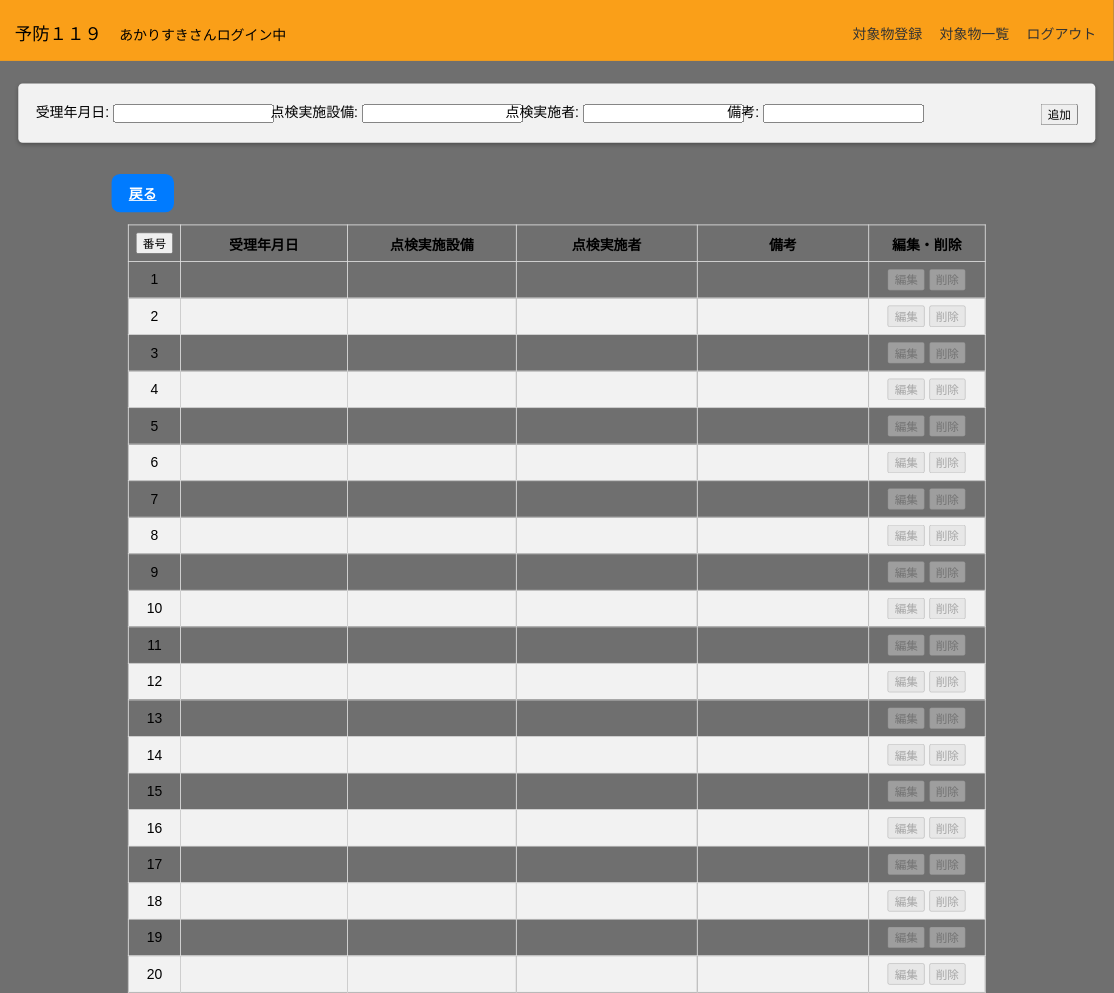
Repository: akarisuki/docker-taishobutu_app
Page: http://localhost/taishobutu_app/taishobutu/datail/fire_equipment_report/fire_equipment_report_datail.php
These files come from the project's save history. The page is drawn as it stood at one moment and after the next save; the edit follows.
The browser window is 1280 px wide. The pictures show the whole page, at 87% of full size.
The page is run by PHP 8.4 with error messages shown; the project is at /var/www/html/. The session is filled in as if someone had signed in: {"login": 1, "id": 35, "name": "あかりすき", "fire_dept_code": 1}. Other server files are loaded and not shown. Style sheets and scripts are compiled from the project's sources, by tool versions that may differ from the author's. The database holds what the project's SQL file puts in it.

Above is the page before, as saved 2024-02-03 10:06:50.

### src/taishobutu_app/taishobutu/datail/fire_equipment_report/fire_equipment_report_datail.php
<?php
session_start();
session_regenerate_id(true);
$isLoggedIn = isset($_SESSION['name']);  // 例: $_SESSION['name'] にユーザーIDが保存されている場合をログイン済みとみなす
require_once '../../../common/config.php';
include("../../../common/header.php");
require_once '../../../common/db_operation/db_connect.php';
require_once '../../../common/function.php';


$_SESSION['flash'] = $_SESSION['flash'] ?? null;

$code = isset($_POST['code']) ? $_POST['code'] : (isset($_GET['code']) ? $_GET['code'] : (isset($_SESSION['code']) ? $_SESSION['code'] : ''));
$sql = "SELECT * FROM fire_equipment_report WHERE code = :code ORDER BY fire_equipment_report_code ASC";
$stmt = $db_host->prepare($sql);
$stmt->bindValue(':code', $code, PDO::PARAM_INT);

$stmt->execute();
$results = $stmt->fetchAll(PDO::FETCH_ASSOC);

$sql2 = "SELECT fire_equipment_report_code FROM fire_equipment_report WHERE code = :code ORDER BY fire_equipment_report_code DESC LIMIT 1";
$stmt2 = $db_host->prepare($sql2);
$stmt2->bindValue(':code', $code, PDO::PARAM_INT);
$stmt2->execute();
$last_code_row = $stmt2->fetch(PDO::FETCH_ASSOC);
$last_fire_equipment_report_code = isset($last_code_row['fire_equipment_report_code']) ? $last_code_row['fire_equipment_report_code'] : 0;


?>



<!DOCTYPE html>
<html lang="ja">
<head>
    <meta charset="UTF-8">
    <meta name="viewport"
          content="width=device-width,initial-scale=1.0,
          maximum-scale=1.0, minimum-scale=1.0">
    <meta http-equiv="X-UA-Compatible" content="ie=edge">
    <link rel="stylesheet" href="../../../common/sass/taishobutu/datail/fire_equipment_report/fire_equipment_report_datail.css">
    <link rel="stylesheet" href="../../../common/sass/common/header.css">

    <!-- Bootstrap CSS -->

    <title>予防１１９</title>


</head>

<body>
  <div class="taishobutu_show_datail_button">
      <form id="form11" action="../taishobutu_show_datail.php" method="post">
          <input type="hidden" name="code" value="<?php echo $code; ?>">
          <a href="#" onclick="document.getElementById('form11').submit();" class="button" id="taishobutu_show_datail_button">戻る</a>
      </form>
  </div>


  <?php
      // セッション変数からメッセージを取得し、表示
      if (isset($_SESSION['flash'])) {
        $flash = $_SESSION['flash'];
        echo  "<div id='flashMessage' class='alert alert-{$flash['type']}'>{$flash['message']}</div>";
        $_SESSION['flash'] = null;
      }
      ?>

      <div class="table-container js-scrollable">
          <table>
              <thead>
                <tr>
                  <th class="code_area"><button id="toggle-table-view">番号</th>
                  <th class="one_area">受理年月日</th>
                  <th class="two_area">点検実施設備</th>
                  <th class="hide-on-mobile" id="three_area">点検実施者</th>
                  <th class="hide-on-mobile" id="four_area">備考</th>
                  <th class="five_area">編集・削除</th>
                </tr>
              </thead>
              <tbody id="tableBody">
                <?php $i = 1; ?>
                <?php foreach ($results as $row): ?>
                  <tr>
                    <td class="code_area"><?php echo $i; ?></td>
                    <td class="one_area"><span class="display-value"><?php echo isset($row['report_date']) ? $row['report_date'] : ''; ?></span></td>
                    <td class="two_area"><span class="display-value"><?php echo isset($row['deficiency']) ? $row['deficiency'] : ''; ?></span></td>
                    <td class="hide-on-mobile" id="three_area"><span class="display-value"><?php echo isset($row['inspector']) ? $row['inspector'] : ''; ?></span></td>
                    <td class="hide-on-mobile" id="four_area"><span class="display-value"><?php echo isset($row['remarks']) ? $row['remarks'] : ''; ?></span></td>
                    <td class="five_area">
                      <button class="edit-btn" data-id="<?php echo $row['fire_equipment_report_code']; ?>" <?php echo empty($row['report_date']) ? 'disabled' : ''; ?>>編集</button>
                      <button class="delete-btn" data-id="<?php echo $row['fire_equipment_report_code']; ?>" <?php echo empty($row['report_date']) ? 'disabled' : ''; ?>>削除</button>
                    </td>
                  </tr>
                  <?php $i++; ?>
                <?php endforeach; ?>
                <?php while ($i <= 20): ?>
                  <tr>
                    <td class="code_area"><?php echo $i++; ?></td>
                    <td class="one_area"><span class="display-value"></span></td>
                    <td class="two_area"><span class="display-value"></span></td>
                    <td class="hide-on-mobile" id="three_area"><span class="display-value"></span></td>
                    <td class="hide-on-mobile" id="four_area"><span class="display-value"></span></td>
                    <td class="five_area">
                      <button class="edit-btn" disabled>編集</button>
                      <button class="delete-btn" disabled>削除</button>
                    </td>
                  </tr>
                <?php endwhile; ?>
              </tbody>
        </table>
      </div>
    <div class="form-wrapper">
      <form class="existingDataForm" method="post" action="fire_equipment_report_add.php">
        <input type="hidden" name="code" value="<?php echo $code; ?>">
        <input type="hidden" name="fire_equipment_report_code" value="<?php echo $last_fire_equipment_report_code + 1; ?>">

          <div class="report_date-area">
              <label>受理年月日: </label>
              <input type="text" name="report_date" >
          </div>
          <div class="deficiency-area">
              <label>点検実施設備:</label>
              <input type="text" name="deficiency">
          </div>
          <div class="inspector-area">
              <label>点検実施者:</label>
              <input type="text" name="inspector" >
          </div>
          <div class="remarks-area">
              <label>備考:</label>
              <input type="text" name="remarks">
          </div>
          <div class="submit-button-container">
            <input type="submit" class="submit-button" value="追加">
          </div>

      </form>
    </div>
      <script src="https://code.jquery.com/jquery-3.7.1.min.js"integrity="sha256-/JqT3SQfawRcv/BIHPThkBvs0OEvtFFmqPF/lYI/Cxo="crossorigin="anonymous"></script>
      <script src="https://cdnjs.cloudflare.com/ajax/libs/Modaal/0.4.4/js/modaal.min.js"></script>
      <script src="https://cdnjs.cloudflare.com/ajax/libs/jquery-cookie/1.4.1/jquery.cookie.js"></script>
      <script src="https://cdn.jsdelivr.net/npm/@popperjs/core@2.11.8/dist/umd/popper.min.js"></script>
      <script src="https://cdn.jsdelivr.net/npm/bootstrap@5.3.0-alpha1/dist/js/bootstrap.min.js"></script>
      <script src="../../../common/script/header_script.js"></script>
      <script src="../../../common/script/datail/fire_equipment_report/fire_equipment_report_script.js"></script>
</body>
</html>

### src/taishobutu_app/common/config.php
<?php
// config.php
if ($_SERVER['HTTP_HOST'] == 'localhost:50080' || $_SERVER['HTTP_HOST'] == '127.0.0.1') {
  // 開発環境のURL
  define('BASE_URL', 'http://localhost:50080/taishobutu_app/');
} else {
  // 本番環境のURL
  define('BASE_URL', 'http://firedeptyobou119.com/');
}

?>

### src/taishobutu_app/common/header.php

<header class="fix_menu">
<div class="rogo">
  <p>予防１１９</p>
</div>
<div class="login_text"><p><?= $_SESSION['name'] ?>さんログイン中</p></div>
<input type="checkbox" id="switch">
<label for="switch">
<p><span></span></p>
</label>
<nav id="navwrap">
  <ul class="header_menu">
    <li><a href="<?php echo BASE_URL; ?>taishobutu/taishobutu_add.php" class="button">対象物登録</a></li>
    <li><a href="<?php echo BASE_URL; ?>taishobutu/taishobutu_index.php" class="button">対象物一覧</a></li>
    <li>
      <form action="<?php echo BASE_URL;?>/login/logout.php" method="post">
          <button type="submit" class="button">ログアウト</button>
      </form>
    </li>

  </ul>
</nav>
</header>

### src/taishobutu_app/common/db_operation/db_connect.php
<?php

//PDOにてデータベースに接続
try {

    $db_name = 'mysql:dbname=taishobutu;host=db';
    $user = 'user';
    $password = 'pass';
    $driver_options = array(PDO::ATTR_PERSISTENT => true);
    $db_host = new PDO($db_name,$user,$password,$driver_options);
    $db_host->setAttribute(PDO::ATTR_ERRMODE,PDO::ERRMODE_EXCEPTION);


} catch (PDOException $e) {
//データベースへのアクセスが失敗した場合はエラーメッセージを表示
    echo 'ただいま接続障害が発生しております。'.$e->getMessage() . '<br/>恐れ入りますが時間を置いてから再度お試しください。';
    exit;

}



?>

### src/taishobutu_app/common/function.php

<?php

function appendix_specific($appendix_nuber){
    $tokutei = [1,2,3,4,5,6,7,8,9,10,12,13,14,15,16,17,18,19,20,21,22,23,24,25,26,27,28,31,41,43];
    $hi_tokutei = [11,29,30,32,33,34,35,36,37,38,39,40,42,44,45,46,47,48];

    if(in_array($appendix_nuber,$tokutei)) {
        return "特定防火対象物";
    } elseif(in_array($appendix_nuber,$hi_tokutei)) {
        return "非特定防火対象物";
    }
}




?>

### src/taishobutu_app/common/script/header_script.js
$(function(){
  $('#switch').on('change', function(){
    var st = $(window).scrollTop();
    if($(this).prop("checked") == true) {
      $('html').addClass('scroll-prevent');
      $('html').css('top', -(st) + 'px');
      $('#switch').on('change', function(){
        if($(this).prop("checked") !== true) {
          $('html').removeClass('scroll-prevent');
          $(window).scrollTop(st);
        }
      });
    }
  });
  $('.header_menu a[href]').on('click', function(event) {
    $('#switch').prop('checked', false);
  });
  $('.header_menu a').on('click', function(){
    var st = $(window).scrollTop();
      $('html').removeClass('scroll-prevent');
      $('html').css('top', -(st) + 'px');
      $('.header_menu a').on('change', function(){
      });

  });
});

### src/taishobutu_app/common/script/datail/fire_equipment_report/fire_equipment_report_script.js
$(document).ready(function () {
  let editMode = false;
  let editId = null;

  $(".edit-btn").on("click", function () {
    const id = $(this).data("id");
    editId = id;
    editMode = true;

    const row = $(this).closest("tr");
    const report_date = row.find("td:eq(1) .display-value").text();
    const deficiency = row.find("td:eq(2) .display-value").text();
    const inspector = row.find("td:eq(3) .display-value").text();
    const remarks = row.find("td:eq(4) .display-value").text();

    $("input[name='report_date']").val(report_date);
    $("input[name='deficiency']").val(deficiency);
    $("input[name='inspector']").val(inspector);
    $("input[name='remarks']").val(remarks);

    $("input[name='fire_equipment_report_code']").val(id);
    $("input[type='submit']").val("更新");
  });

  $(".delete-btn").on("click", function () {
    const id = $(this).data("id");
    const codeValue = $("input[name='code']").val();

    if (confirm("本当に削除しますか？")) {
      $.post("fire_equipment_report_delete.php",
      { fire_equipment_report_code: id,},
      function (data) {
        location.reload();
      });
    }
  });

  $(".existingDataForm").on("submit", function (e) {
      e.preventDefault();

      const url = editMode ? "fire_equipment_report_update.php" : "fire_equipment_report_add.php";
      const formData = $(this).serialize();

      $.post(url, formData, function (data) {
        location.reload();
      });

  });
});

document.addEventListener("DOMContentLoaded", function() {
    setTimeout(function() {
        var flashMessage = document.getElementById('flashMessage');
        if(flashMessage) {
            flashMessage.style.opacity = '0';
            setTimeout(function() {
                flashMessage.style.display = 'none';
            }, 1000); // 1秒後に非表示
        }
    }, 5000); // 5秒後に透明度を0に
});
//カラムスクロール表示
$(function(){
  $('#toggle-table-view').on('click', function(){
    $('.table-container').toggleClass('scrollable');
  });
});

### src/taishobutu_app/common/sass/taishobutu/datail/fire_equipment_report/fire_equipment_report_datail.scss
body {
  background-color: #6f6f6f;
  font-family: Arial, sans-serif;
}

.table-container {
  position: relative;
  top: 250px;
  @media (max-width: 480px) {
    top: 320px;
  }
}

table {
  border-collapse: collapse;
  margin: 0 auto;
  table-layout: fixed;
}

table th.code_area, table td.code_area {
  width: 1px; /* あなたが望む幅に調整してください */
  max-width: 50px; /* あなたが望む最大幅に調整してください */
  overflow: hidden;
  text-overflow: ellipsis;
  white-space: nowrap;
  text-align: center;
}

table th.one_area, table td.one_area {
  width: 175px; /* あなたが望む幅に調整してください */

  overflow: hidden;
  text-overflow: ellipsis;
  white-space: nowrap;
  text-align: center;
}

table th.two_area, table td.two_area {
  width: 177px; /* あなたが望む幅に調整してください */

  overflow: hidden;
  text-overflow: ellipsis;
  white-space: nowrap;
  text-align: center;
}

table th#three_area, table td#three_area {
  width: 191px; /* あなたが望む幅に調整してください */

  overflow: hidden;
  text-overflow: ellipsis;
  white-space: nowrap;
  text-align: center;
}
table th#four_area, table td#four_area {
  width: 180px; /* あなたが望む幅に調整してください */

  overflow: hidden;
  text-overflow: ellipsis;
  white-space: nowrap;
  text-align: center;
}
table th.five_area, table td.five_area {
  width: 117px; /* あなたが望む幅に調整してください */

  overflow: hidden;
  text-overflow: ellipsis;
  white-space: nowrap;
  text-align: center;
}

th,
td {
  border: 1px solid #dddddd;
  text-align: left;
  padding: 8px;
}

tr:nth-child(even) {
  background-color: #f2f2f2;
}

@media (max-width: 480px) {
  .hide-on-mobile {
    display: none;
  }
}

.table-container.scrollable {
  overflow-x: auto;
  width: 100%;
}

.table-container.scrollable table {
  min-width: 1000px; // テーブルの最小幅を1000pxに設定
}
@media (max-width: 480px) {

  .table-container.scrollable .hide-on-mobile {
    display: table-cell !important;
  }
}

.input-form-container {
  display: flex;
  flex-direction: row;
}

@media (max-width: 480px) {
  .input-form-container {
    flex-direction: column;
  }
}
@media (max-width: 480px) {
  .existingDataForm {
    position: relative;
    //overflow-x: auto;
  }
}

form.existingDataForm {
  width: 1198px;
  max-width: 1300px;
  margin: 0 auto;
  padding: 20px;
  background-color: #f2f2f2;
  border-radius: 5px;
  box-shadow: 0 2px 5px rgba(0, 0, 0, 0.3);
  position: relative;
  bottom: 795px;
  @media screen and (max-width: 768px) {
    position: fixed;
    height: 153px;
    width: 325px;
    top: 81px;
    left: 50%; // ビューポートの中央に位置を設定
    transform: translateX(-50%); // 要素自身の幅の半分だけ左にずらす
    // ... その他のスタイル
  }

  .form-wrapper {
    display: flex;
    flex-direction: row;
  }


  .deficiency-area {
    @media screen and (min-width: 768px) {
      position: absolute;
      top: 20px;
      left: 290px;
    }
  }

  .inspector-area {
    @media screen and (min-width: 768px) {
      position: absolute;
      top: 20px;
      left: 560px;
    }
  }

  .remarks-area {
    @media screen and (min-width: 768px) {
      position: absolute;
      top: 20px;
      left: 815px;
    }
  }

  .report_date-area label {
    @media (max-width: 480px) {
      margin-right: 49px; // モバイルビューではマージンを削除
      margin-bottom: 10px; // フィールド間に垂直マージンを追加
    }
  }

  .deficiency-area label {
    @media (max-width: 480px) {
      margin-right: 33px; // モバイルビューではマージンを削除
      margin-bottom: 10px; // フィールド間に垂直マージンを追加
    }
  }

  .inspector-area label {
    @media (max-width: 480px) {
      margin-right: 49px; // モバイルビューではマージンを削除
      margin-bottom: 10px; // フィールド間に垂直マージンを追加
    }
  }

  .remarks-area label {
    @media (max-width: 480px) {
      margin-right: 97px; // モバイルビューではマージンを削除margin-bottom: 10px; // フィールド間に垂直マージンを追加
    }
  }
  .submit-button-container {
    display: flex;
    justify-content: flex-end; // 送信ボタンを右寄せに
    margin-top: -22px;
    @media (max-width: 480px) {
      margin-top: 28px;
    }
  }
}

#taishobutu_show_datail_button {
  @media (max-width: 480px) {
    position: fixed;
    top: 280px;
    left: 10%;
    padding: 5px 12px;
  }
  position: fixed;
  top: 200px;
  left: 10%;
  display: inline-block;
  padding: 10px 20px;
  font-size: 16px;
  font-weight: bold;
  text-align: center;
  color: #fff;
  background-color: #007bff;
  border: none;
  border-radius: 10px;
  cursor: pointer;
  z-index: 1000;
}

#taishobutu_show_datail_button:hover {
  background-color: #0062cc;
}

#taishobutu_show_datail_buttonn:active {
  background-color: #005cbf;
  box-shadow: none;
}

.alert-success, .alert-error {
  top: -103px;
  left: 0; /* 左端からの位置を0に設定 */
  width: 100%; /* 幅を100%に設定 */
  padding: 5px;
  border: 1px solid transparent;
  border-radius: 4px;
  position: relative;
  text-align: center;
  transition: opacity 1s ease-out;
}

.alert-success {
  color: #35cb07;
  background-color: #b9e8be;
}

.alert-error {
  color: #ff0000;
  background-color: #ed8b8b;
}

### src/taishobutu_app/common/sass/common/header.scss
.rogo{
	position: fixed;
	top: 1px;
	left: -13px;
	padding: 2px 0 15px 30px;
	width: 157px;
  font-size: 20px;
}
.login_text {
  position: fixed;
  top: 11px;
  left: 137px;
}

.fix_menu{
	position: fixed;
	width: 100%;
	height: 10px;
	top: 0;
	left: 0;
	right: 0;
	margin: auto;
	z-index: 999;
	padding: 30px 0;
  background-color: #FA9F18;
}
#navwrap{
	position: absolute;
	top: 10px;
	right: 0;
	padding: 16px 10px 15px 0;
}
.header_menu{
	display: flex;
}
ul,li{
	list-style: none;
	margin: 0;
}
.header_menu li a{
	cursor: pointer;
	padding: 0 10px;
	text-decoration: none;
	color: #333;
}

.header_menu li button {
  cursor: pointer;
  padding: 0 10px;
  text-decoration: none;
  color: #333;
  background: none;
  border: none;
  font: inherit;
  outline: none;
}
@media screen and (max-width:768px) {
  .header_menu li button {
    color: #fff;
  }
}
#switch{
	display: none;
}
.main p{
	padding: 500px 0;
	text-align: center;
}
@media screen and (max-width:768px) {
	#switch ~ label {
		padding: 12px 12px;
		width: 60px;
		height: 60px;
		background: #333;
		position: fixed;
		box-sizing: border-box;
		top: 0;
		right: 0;
		z-index: 999;
		cursor: pointer;
	}
	#switch ~ label span{
		display: block;
		width:22px;
		height:2px;
		top: 50%;
		left: 0;
		right: 0;
		margin:auto;
		background: #fff;
		position: absolute;
		-webkit-transition: 0.2s transform;
		transition: 0.2s transform;
	}
	#switch ~ label span:before,
	#switch ~ label span:after{
		content: "";
		display: block;
		background: #fff;
		position: absolute;
		width:22px;
		height:2px;
		left: 0;
		right: 0;
		margin: auto;
	}
	#switch ~ label span:before{
		top: -9px;
	}
	#switch ~ label span:after{
		top: 9px;
	}
	#navwrap{
		padding-top: 0;
		position: fixed;
		top: -100%;
		left: 0;
		width: calc(100% - 60px);
		height: 100%;
		background: rgba(0,0,0,0.8);
		transition: all 0.4s;
		padding: 60px;
		box-sizing: border-box;

	}
	#switch:checked ~ #navwrap {
		display: block;
		top: 0;
	}
	.header_menu{
		display: flex;
		flex-direction: column;
	}
	.header_menu li{
		margin: 0 auto 30px;
	}
	.header_menu li a{
		color: #fff;
	}
	.scroll-prevent {
		position: fixed;
		z-index: -1;
		width: 100%;
		height: 100%;
	}
}

### taishobutu-database.sql (the tables this page reads)
CREATE TABLE `fire_equipment_report` (
  `id` int NOT NULL,
  `code` int NOT NULL,
  `fire_equipment_report_code` int NOT NULL,
  `report_date` varchar(20) NOT NULL,
  `deficiency` varchar(20) NOT NULL,
  `inspector` varchar(20) NOT NULL,
  `remarks` varchar(20) NOT NULL
) ENGINE=InnoDB DEFAULT CHARSET=utf8mb4 COLLATE=utf8mb4_0900_ai_ci;

INSERT INTO `fire_equipment_report` (`id`, `code`, `fire_equipment_report_code`, `report_date`, `deficiency`, `inspector`, `remarks`) VALUES
(1, 11, 1, 'R4.4.1', '自動火災報知設備', '総合防災', 'なになについて指導'),
(6, 11, 2, 'R4.4.13', '自動火災報知設備', '総合防災', 'なになについて指導'),
(7, 11, 3, 'R4.4.13', '自動火災報知設備', '総合防災', '');

ALTER TABLE `fire_equipment_report`
  ADD PRIMARY KEY (`id`);

ALTER TABLE `fire_equipment_report`
  MODIFY `id` int NOT NULL AUTO_INCREMENT, AUTO_INCREMENT=8;

### src/taishobutu_app/common/sass/common/reset.scss
/* Box sizing rules */
*,
*::before,
*::after {
  box-sizing: border-box;
}

/* Prevent font size inflation */
html {
  -moz-text-size-adjust: none;
  -webkit-text-size-adjust: none;
  text-size-adjust: none;
}

/* Remove default margin in favour of better control in authored CSS */
body, h1, h2, h3, h4, p,
figure, blockquote, dl, dd {
  margin-block-end: 0;
}

/* Remove list styles on ul, ol elements with a list role, which suggests default styling will be removed */
ul[role='list'],
ol[role='list'] {
  list-style: none;
}

/* Set core body defaults */
body {
  min-height: 100vh;
  line-height: 1.5;
}

/* Set shorter line heights on headings and interactive elements */
h1, h2, h3, h4,
button, input, label {
  line-height: 1.1;
}

/* Balance text wrapping on headings */
h1, h2,
h3, h4 {
  text-wrap: balance;
}

/* A elements that don't have a class get default styles */
a:not([class]) {
  text-decoration-skip-ink: auto;
  color: currentColor;
}

/* Make images easier to work with */
img,
picture {
  max-width: 100%;
  display: block;
}

/* Inherit fonts for inputs and buttons */
input, button,
textarea, select {
  font: inherit;
}

/* Make sure textareas without a rows attribute are not tiny */
textarea:not([rows]) {
  min-height: 10em;
}

/* Anything that has been anchored to should have extra scroll margin */
:target {
  scroll-margin-block: 5ex;
}

After the next save:
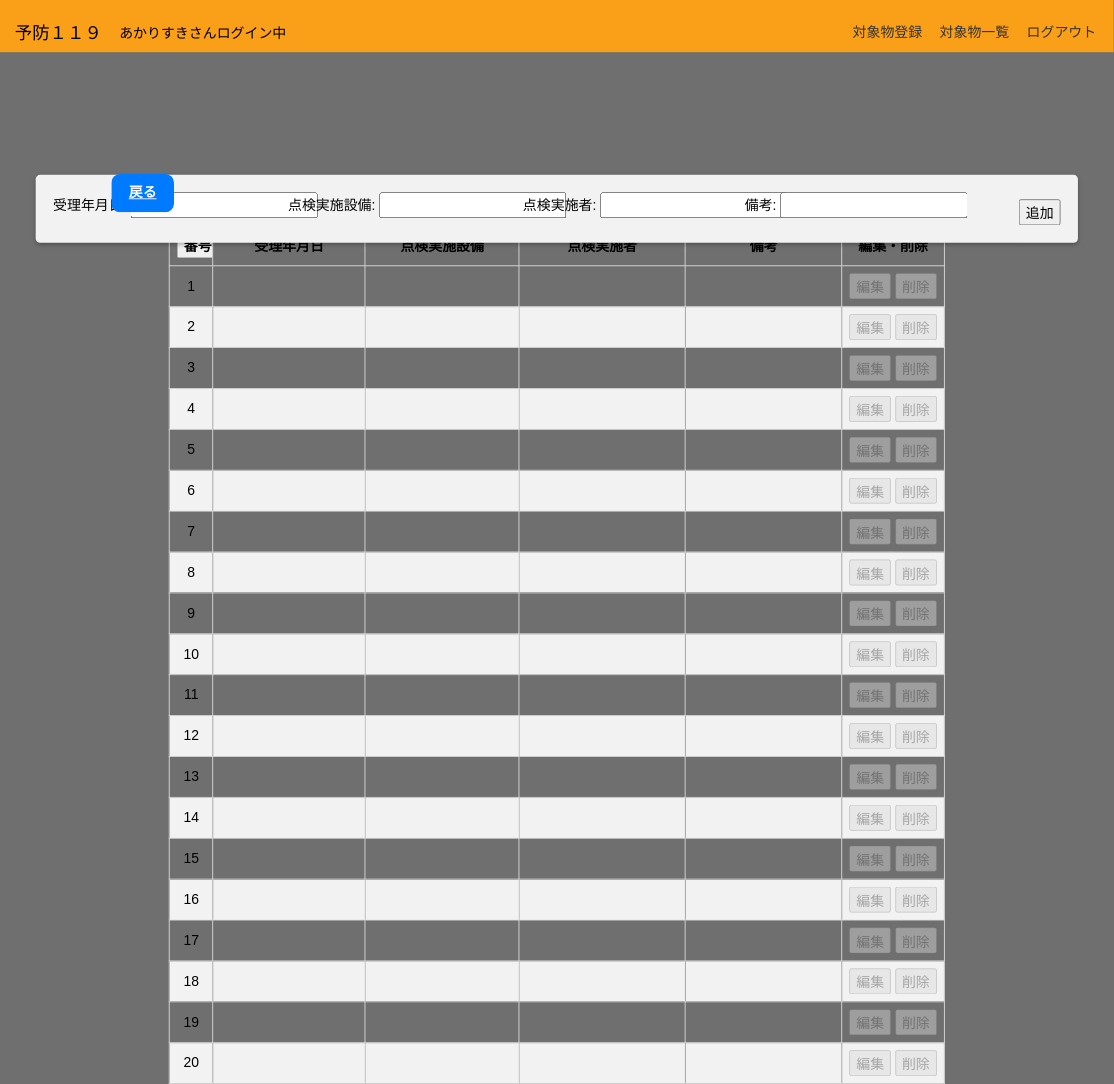
Saved 16 s later.
--- a/src/taishobutu_app/taishobutu/datail/fire_equipment_report/fire_equipment_report_datail.php
+++ b/src/taishobutu_app/taishobutu/datail/fire_equipment_report/fire_equipment_report_datail.php
@@ -38,6 +38,7 @@ $last_fire_equipment_report_code = isset($last_code_row['fire_equipment_report_c
           content="width=device-width,initial-scale=1.0,
           maximum-scale=1.0, minimum-scale=1.0">
     <meta http-equiv="X-UA-Compatible" content="ie=edge">
+    <link rel="stylesheet" href="../../../common/sass/common/reset.css">
     <link rel="stylesheet" href="../../../common/sass/taishobutu/datail/fire_equipment_report/fire_equipment_report_datail.css">
     <link rel="stylesheet" href="../../../common/sass/common/header.css">
 
